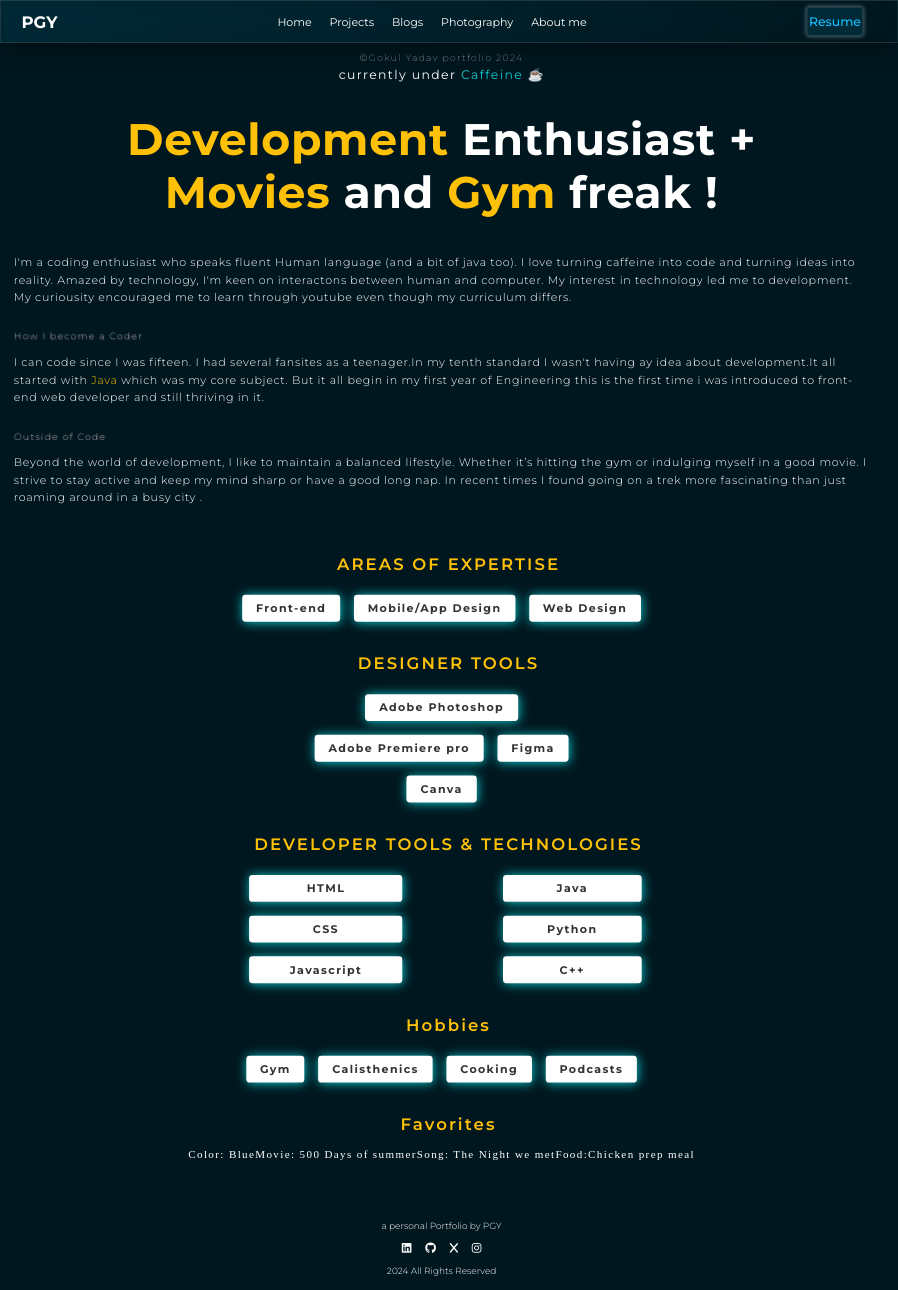
Repository: pgyunknown/pgyunknown
Page: aboutme.html
These files come from the project's save history. The page is drawn as it stood at one moment and after the next save; the edit follows.
The browser window is 1280 px wide. The page is 1302 px wide, so the pictures cover 1302 px, including what lies to the right of the window. The pictures show the whole page, at 69% of full size.
Some web libraries are served in a nearby version.

Above is the page before, as saved 2024-08-25 14:47:29.

### aboutme.html
<!DOCTYPE html>
<html lang="en">
<head>
    <meta charset="UTF-8">
    <meta name="viewport" content="width=device-width, initial-scale=1.0">
    <title>Personal portfolio</title>
    <link rel="stylesheet" href="aboutme.css">
    <link rel="preconnect" href="https://fonts.googleapis.com">
<link rel="preconnect" href="https://fonts.gstatic.com" crossorigin>
<link href="https://fonts.googleapis.com/css2?family=Libre+Baskerville:ital,wght@0,400;0,700;1,400&family=Montserrat:ital,wght@0,100..900;1,100..900&family=Titillium+Web:ital,wght@0,200;0,300;0,400;0,600;0,700;0,900;1,200;1,300;1,400;1,600;1,700&display=swap" rel="stylesheet">
<link rel="stylesheet" href="https://cdnjs.cloudflare.com/ajax/libs/font-awesome/6.6.0/css/all.min.css" integrity="sha512-Kc323vGBEqzTmouAECnVceyQqyqdsSiqLQISBL29aUW4U/M7pSPA/gEUZQqv1cwx4OnYxTxve5UMg5GT6L4JJg==" crossorigin="anonymous" referrerpolicy="no-referrer" />
</head>
<body>

    <header class="h">
        <div class="pgy_con">
                <div class="pgy"><a href="#">PGY</a></div>
        </div>
        <nav>
                <div class="nav_bar">
                <a href="index.html" id="home">Home</a>
                <a href="project.html"id="projects">Projects</a>
                <a href="blog.html"id="blogs">Blogs</a>
                <a href="photography.html"id="photo">Photography</a>
                <a href="aboutme.html"id="About">About me</a>
                </div>
            </nav>
        <div class="resume_con">
                <button onclick="alert('Resume yet to be uploaded')">Resume</button>
        </div>
    </header>

    <main>
        <div class="caption">
        <div class="caption1"><p><span>&#169;</span>Gokul Yadav portfolio 2024</p></div>
        <div class="caption2"><p>currently under <span>Caffeine</span> &#9749</p></div>
    </div>

    <div class="about">
        <div class="about1"><h1><span>Development</span> Enthusiast +</h1></div>
        <div class="about2"><h1><span>Movies</span> and <span>Gym</span> freak !</h1></div>
    </div>

    <div class="aboutme">
        <p>I'm a coding enthusiast who speaks fluent Human language (and a bit of java too). I love turning caffeine into code and turning ideas into reality. Amazed by technology, I'm keen on interactons between human and computer. My interest in technology led me to development. My curiousity encouraged me to learn through youtube even though my curriculum differs.</p><br><br>
        <h5>How I become a Coder</h5><br>
        <p>I can code since I was fifteen. I had several fansites as a teenager.In my tenth standard I wasn't having ay idea about development.It all started with <span>Java</span> which was my core subject. But it all begin  in my first year of Engineering this is the first time i was introduced to front-end web developer and still thriving in it.</p><br><br>
        <h5>Outside of Code</h5><br>
        <p>Beyond the world of development, I like to maintain a balanced lifestyle. Whether it’s hitting the gym or indulging myself in a good movie. I strive to stay active and keep my mind sharp or have a good long nap. In recent times I found going on a trek more fascinating than just roaming around in a  busy city .</p>

    </div>

    <div class="container">
        <div class="heading">
            <h1>AREAS OF EXPERTISE</h1>
        </div>
        <div class="areas">
            <ul>
                <li>Front-end</li>
                <li>Mobile/App Design</li>
                <li>Web Design</li>
            </ul>
        </div><br><br>
        <div class="heading">
            <h1>DESIGNER TOOLS</h1>
        </div>
        <div class="tools">
            <div class="column">
                <ul>
                    <li>Adobe Photoshop</li>
                    <li>Adobe Premiere pro</li>
                    <li>Figma</li>
                    <li>Canva</li>
                </ul>
            </div>
            <!-- <div class="column">
                <ul>
                    <li>Adobe Illustrator</li>
                    <li>Adobe InDesign</li>
                    <li>FigJam</li>
                    <li>Zeplin</li>
                    <li>SketchUp</li>
                </ul>
            </div> -->
        </div><br><br>
        <div class="heading">
            <h1>DEVELOPER TOOLS & TECHNOLOGIES</h1>
        </div>
        <div class="technologies">
            <div class="column">
                <ul>
                    <li>HTML</li>
                    <li>CSS</li>
                    <li>Javascript</li>
                </ul>
            </div>
            <div class="column">
                <ul>
                    <li>Java</li>
                    <li>Python</li>
                    <li>C++</li>
                </ul>
            </div>
        </div><br><br>

                <div class="heading">
            <h1>Hobbies</h1>
        </div>
        <div class="areas">
            <ul>
                    <li>Gym</li>
                    <li>Calisthenics</li>
                    <li>Cooking</li>
                    <li>Podcasts</li>
            </ul>
        </div><br><br>

        <div class="heading">
            <h1>Favorites</h1>
        </div>
        <div class="fav">
            <ul>
                    <li>Color: Blue</li>
                    <li>Movie: 500 Days of summer</li>
                    <li>Song: The Night we met</li>
                    <li>Food:Chicken prep meal</li>
            </ul>
        </div><br><br>
    </main>

    <footer>
        <div class="footer_port">a personal Portfolio by PGY</div>
        <div class="footer_icons">
            <a href="https://www.linkedin.com/in/p-gokul-yadav-82548a295?utm_source=share&utm_campaign=share_via&utm_content=profile&utm_medium=android_app" alt="Gokul's linkedin profile" target="_blank"><i class="fa-brands fa-linkedin"></i></a>
            <a href="https://github.com/pgyunknown" alt="Gokul Github profile" target="_blank" alt="Gokul's Github profile" ><i class="fa-brands fa-github"></i></a>
            <a href=" https://x.com/cody_hunk?t=EkARfGCWhhBT_BHbby4DGw&s=08 " target="_blank" alt="Gokul's X profile" ><i class="fa-brands fa-x" ></i></a>
            <a href="#" target="_blank" alt="Gokul's fa-instagram profile" ><i class="fa-brands fa-instagram" ></i></a>
        </div>
        <div class="copyrights">2024 All Rights Reserved</div>
    </footer>

### aboutme.css
*{margin: 0px;
    padding: 0px;
}
body{
    background-color: #00171F;
    color: white;
    box-sizing: border-box;


}
a{
    text-decoration: none;
    color: inherit;
}

header{
    display: flex;
    justify-content: space-between;
    align-items: center;
    padding: 10px;
    /* Glassy effect */
    background: linear-gradient(135deg, rgba(0, 200, 255, 0.1), rgba(255, 255, 255, 0));
    backdrop-filter: blur(10px);
    -webkit-backdrop-filter: blur(10px);
    border:1px solid rgba(255, 255, 255, 0.18);
    box-shadow: 0 8px 32px 0 rgba(0, 0, 0, 0.37);
    overflow: hidden;
    position: sticky; /* Set the navbar to fixed position */
    top: 0; /* Position the navbar at the top of the page */
    height: 40px;
    width: 100%;
}

.pgy_con
{
    margin-left: 20px;
    font-family: "Montserrat", sans-serif;
    font-optical-sizing: auto;
    font-size: x-large;
    font-weight: 700;
    font-style: normal;
    align-items: end;

}

.pgy_con .pgy a{
    text-decoration: none;
}
.nav_bar {
        /* height: 50px; */
    width: 500px;
    display: flex;
    justify-content: space-evenly;
    transition-property: all;
    transition-timing-function: ease-in-out;
    transition-delay: 1s;
}

.nav_bar a{
    box-sizing: border-box;
    font-family: "Montserrat", sans-serif;
    font-optical-sizing: auto;
    font-weight: 400;
    font-style: normal;
    text-decoration: none;
    justify-content: space-around;
    align-items: center;
    padding-top:10px;
    padding-bottom :10px;
    /* padding-right:10px ;
    padding-left:10px ; */
}

.nav_bar a:hover{
    color: #FFC107;
    text-shadow: #FFC107 0px 0px  1px;
    border-bottom: 0.5px solid #FFC107;


}


.resume_con {
    display: flex;
    justify-content: center;
    margin-right: 20px;
    background-color: #00171F;
    margin-right: 40px;
}
.resume_con button{
    background-color:rgba(0, 200, 255, 0.1);
    box-sizing: content-box;
    height: 2.5rem;
    width: 5rem;
    font-family: "Montserrat", sans-serif;
    font-optical-sizing: auto;
    font-size: large;
    font-weight: 500;
    font-style: normal;
    color: #1ABEFF;
    border: 0.0001px solid #3c555f;
    border-radius: 0.3rem;
    box-shadow: 0px 0px 5px 2px #3c555f;

}

main{
    height: 100%;
    width: 100%;
    position: relative;
}
main .caption{
    line-height: 25px;
    letter-spacing: 2px;
    display: flex;
    flex-direction:column;
    justify-content: top;
    align-items: center;
    margin: 10px;
    padding-bottom: 30px;
    /* color: #1ABEFF;
    border: 0.0001px solid #3c555f;
    border-radius: 0.3rem;
    box-shadow: 0px 0px 5px 2px #3c555f; */

}

main .caption .caption1{
    font-family: "Montserrat", sans-serif;
    font-optical-sizing: auto;
    font-size: smaller;
    font-weight: 100;
    font-style: normal;
}

main .caption .caption2{
    font-family: "Montserrat", sans-serif;
    font-optical-sizing: auto;
    font-size: large;
    font-weight: 400;
    font-style: normal;
}

main .caption .caption2 span{
    color: #0ecad0;
}

main .about{
    display: flex;
    flex-direction:column;
    justify-content: top;
    align-items: center;
    margin: 10px;
    padding-bottom: 30px;
    letter-spacing: 1px;

    font-family: "Montserrat", sans-serif;
    font-optical-sizing: auto;
    font-size: xx-large;
    font-weight: 400;
    font-style: normal;
}

main .aboutme{
    margin: 20px;
}
main .about span{
    color: #FFC107;
}

main .aboutme h5{
    font-family: "Montserrat", sans-serif;
    font-optical-sizing: auto;
    font-size: light;
    font-weight: 100;
    font-style: normal;
    letter-spacing: 2px;
    text-shadow: 1px 1px 2px pink;
}
main .aboutme p{
    letter-spacing: 1px;
    line-height: 25px;

    font-family: "Montserrat", sans-serif;
    font-optical-sizing: auto;
    font-size: normal;
    font-weight: 300;
    font-style: normal;
}

main .aboutme span{
    color: #FFC107;
}

.container {
    width: 80%;
    margin: 0 auto;
    padding: 50px 0;
    text-align: center;
}
.heading {
    margin-bottom: 20px;
}
.heading h1 {
    letter-spacing: 3px;
    color: #FFC107;
    font-size: 24px;
    margin-left: 20px;
    font-family: "Montserrat", sans-serif;
    font-optical-sizing: auto;
    font-size: x-large;
    font-weight: 600;
    font-style: normal;
    align-items: end;

}
.areas ul,
.tools ul,
.technologies ul {
    list-style: none;
    padding: 0;
    margin: 0;
    display: flex;
    flex-direction: row;
    flex-wrap: wrap;
    justify-content: center;
    letter-spacing: 2px;

        /* font-size: 24px;
    margin-left: 20px; */
    font-family: "Montserrat", sans-serif;
    font-optical-sizing: auto;
    font-size: normal;
    font-weight: 700;
    font-style: bold;
}
.areas li,
.tools li,
.technologies li {
    background-color: #fff;
    padding: 10px 20px;
    margin: 10px;
    border-radius: 5px;
    color: #333;
    box-shadow: 1px 1px 15px #0ecad0;
}
.tools,
.technologies {
    display: flex;
    justify-content: center;
    align-items: center;
}
.tools .column,
.technologies .column li{
    width: 48%;
    display: flex;
    flex-direction: column;
}
.designed {
    margin-top: 50px;
    font-size: 14px;
    color: #666;
}

.fav ul{
        list-style: none;
    padding: 0;
    margin: 0;
    display: flex;
    flex-direction: row;
    flex-wrap: wrap;
    justify-content: center;
    letter-spacing: 2px;
}
.fav li{

}


footer{
    display: flex;
    flex-direction:column;
    justify-content: space-evenly;
    align-items: center;
    margin-bottom: 20px;

    font-family: "Montserrat", sans-serif;
    font-optical-sizing: auto;
    font-size: small;
    font-weight: 300;
    font-style: normal;
}

.footer_icons{
    display: flex;
    justify-content: center;
    align-items: center;
    width: 50px;
    height: 50px;
}



.copyrights{
    display: flex;
    justify-content: center;
    align-items: center;
}

.footer_icons a{
font-size: medium;
padding: 10px;
width: 50px;
height: 50px;
display: flex;
justify-content: center;
align-items: center;

}

After the next save:
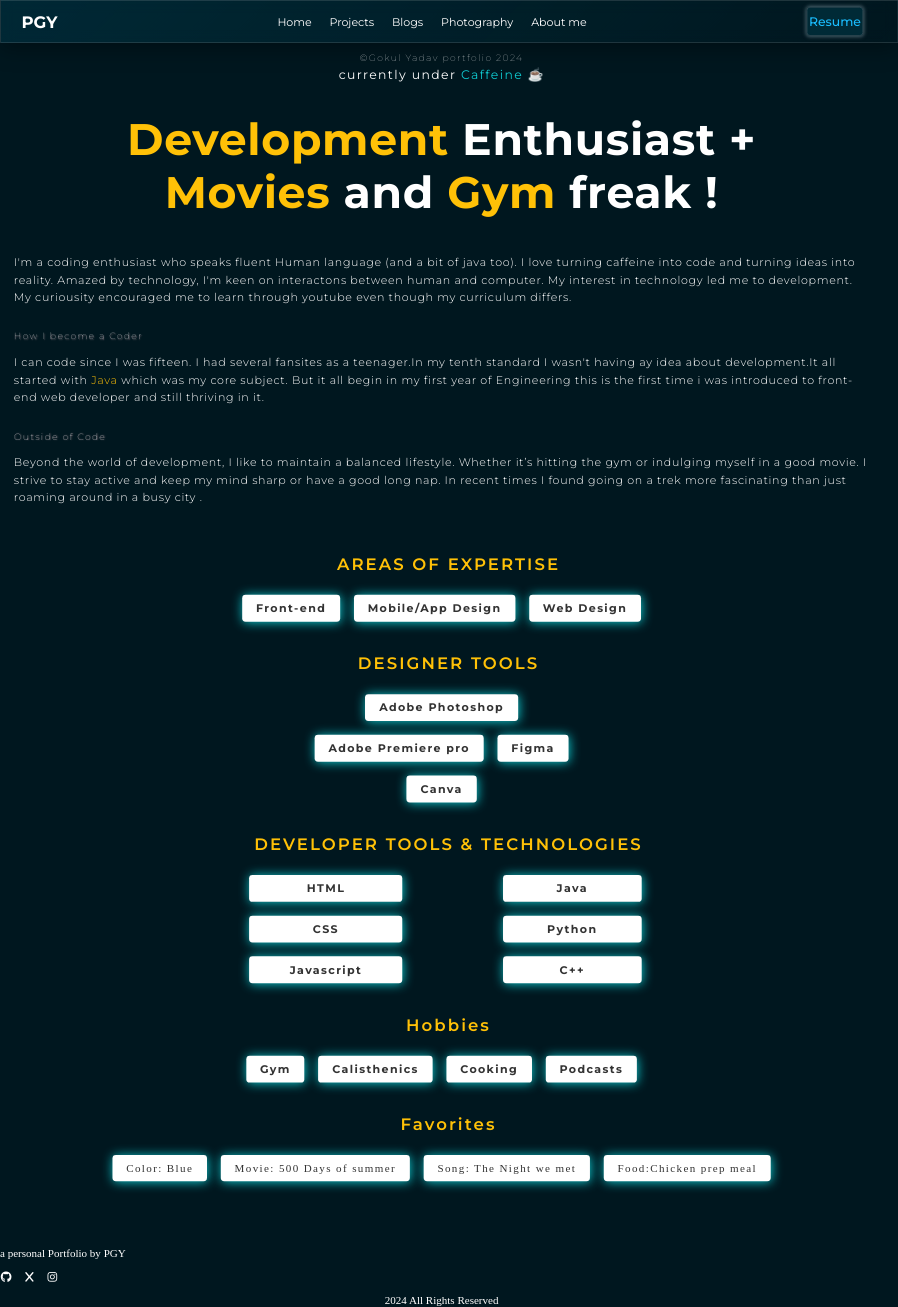
Saved 4 s later.
--- a/aboutme.css
+++ b/aboutme.css
@@ -273,7 +273,13 @@ main .aboutme span{
     letter-spacing: 2px;
 }
 .fav li{
-
+        background-color: #fff;
+    padding: 10px 20px;
+    margin: 10px;
+    border-radius: 5px;
+    color: #333;
+    box-shadow: 1px 1px 15px #0ecad0;
+}
 }
 
 
